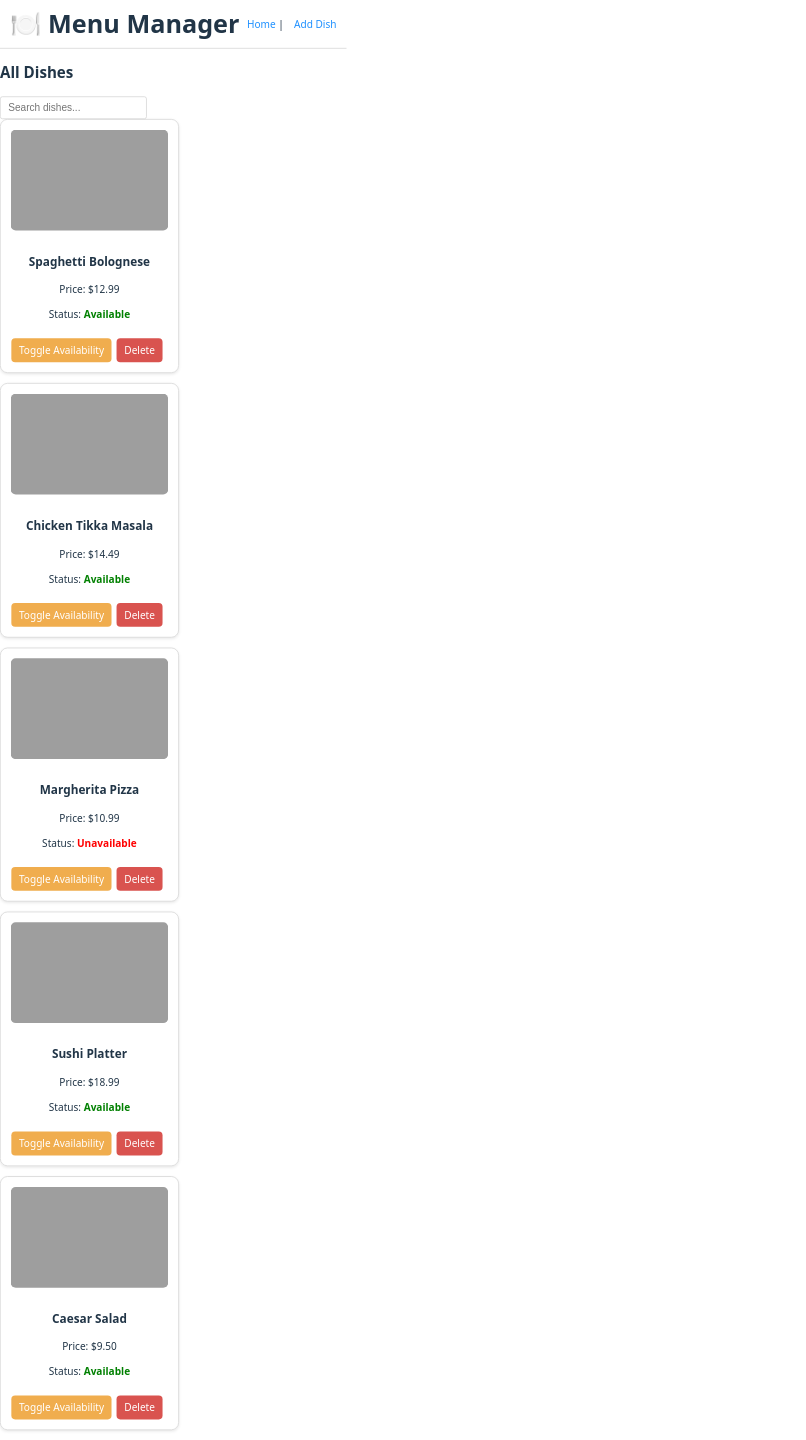
Repository: PEEZYBEE/react-hooks-phase-2-project
Page: / (app in menu-manager/)
An editor plug-in stored every save of this project. The page is shown before and after a run of saves, followed by the edit.
The browser window is 1280 px wide. The pictures show the whole page, at 63% of full size.
Pictures or frames that could not be fetched are drawn as grey boxes. The project was rebuilt for these pictures with package versions that can differ from the ones it lists, and the page was loaded fresh each time. Requests to the local data server were answered from the project's data file. Also part of the build but not shown: menu-manager/vite.config.js, menu-manager/src/components/DishForm.jsx, menu-manager/src/pages/AddDishPage.jsx, menu-manager/src/pages/EditDishPage.jsx.

Above is the page before, as saved 2025-04-19 13:47:33.

After the next 2 saves:
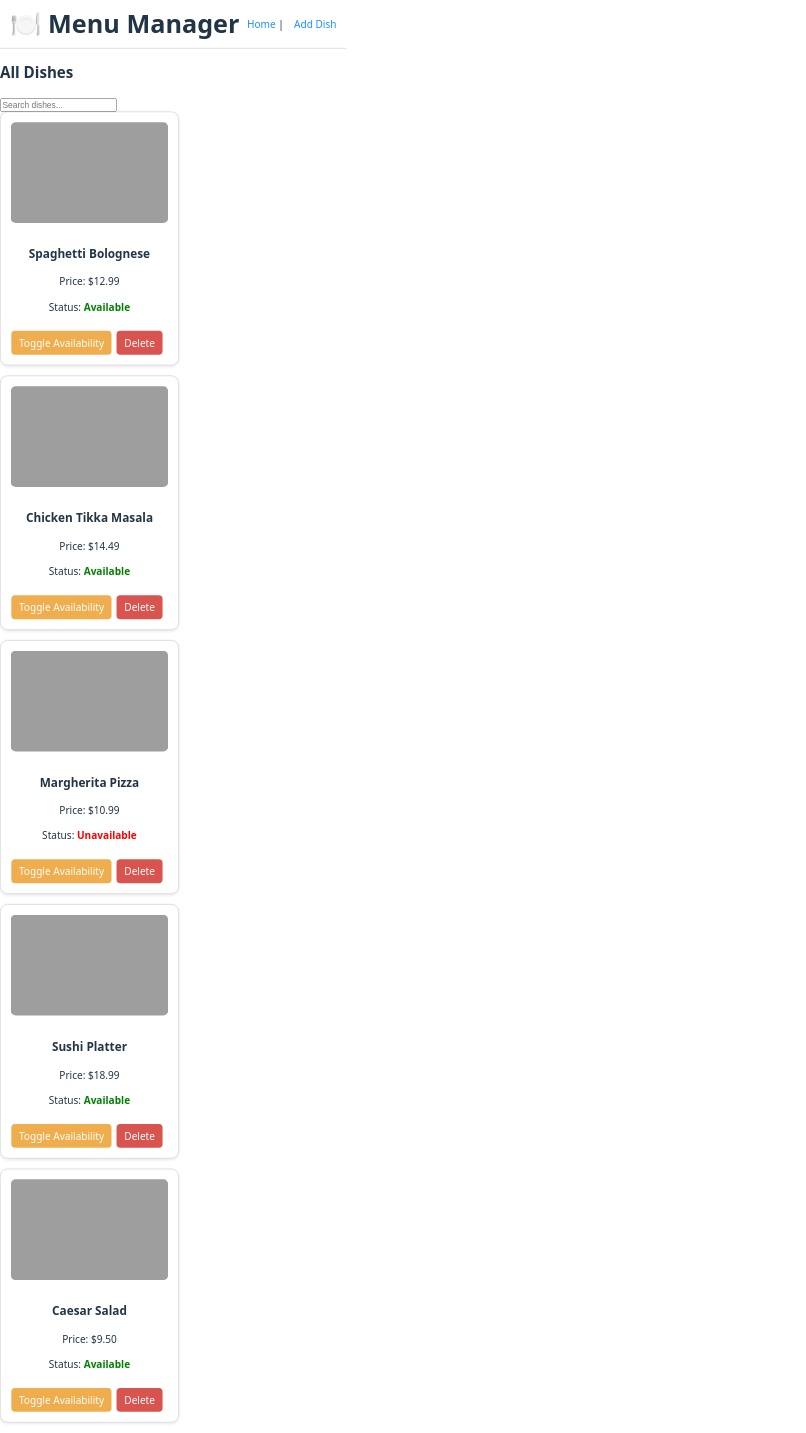
The 2 saves are shown as one change because they came seconds apart.
The last was saved 10 s later.
--- a/menu-manager/src/components/Search.jsx
+++ b/menu-manager/src/components/Search.jsx
@@ -5,19 +5,8 @@ function Search({ searchTerm, onSearchChange }) {
         placeholder="Search dishes..."
         value={searchTerm}
         onChange={(e) => onSearchChange(e.target.value)}
-        style={styles.input}
       />
     );
   }
 
-  const styles = {
-    input: {
-      padding: "8px 12px",
-      borderRadius: "4px",
-      border: "1px solid #ccc",
-      fontSize: "1rem",
-      minWidth: "200px",
-    },
-  };
-
   export default Search;
